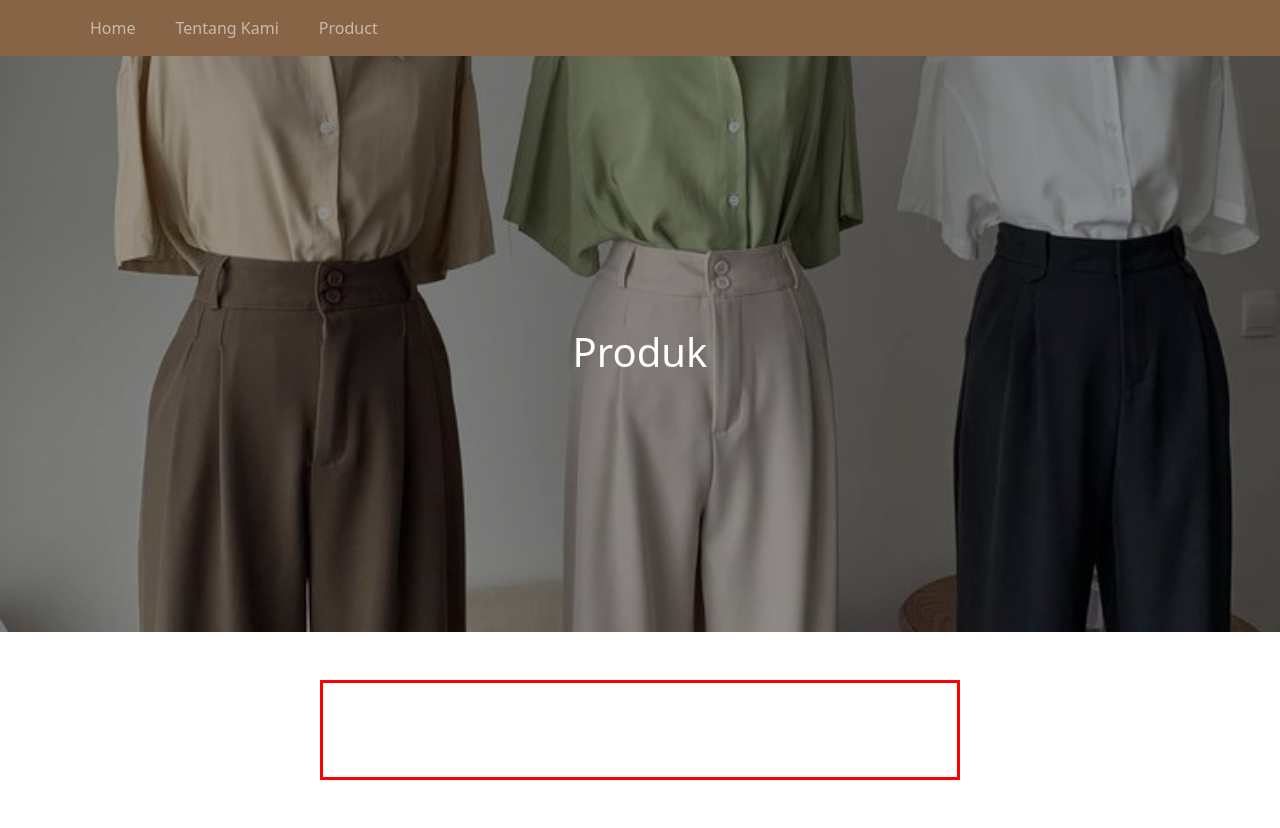
Repository: herman165/tugas_uas
Page: http://localhost/produk.php
An editor plug-in stored every save of this project. The page is shown before and after the next save, followed by the edit.
The browser window is 1280 px wide. The pictures show the whole page.
The page is run by PHP 8.4 with error messages shown; the project is at /var/www/html/.

Above is the page before, as saved 2024-12-11 03:17:05.

### produk.php

<!DOCTYPE html>
<html lang="en">
<head>
    <meta charset="UTF-8">
    <meta name="viewport" content="width=device-width, initial-scale=1.0">
    <title>Produk-Page</title>
    <link rel="stylesheet" href="bootstrap/css/bootstrap.min.css">
    <link rel="stylesheet" href="fontawesome/css/all.min.css">
    <link rel="stylesheet" href="css/style.css">
</head>
<body>
    <!-- navbar -->
    <?php require "navbar.php" ?>

    <!-- benner -->
     <div class="container-fluid banner d-flex align-items-center">
        <div class="container">
            <h1 class="mt-4 text-white text-center">Produk</h1>
        </div>
     </div>

    <!-- layout produk -->
        <div class="container-fluid py-5">
            <div class="row">
                <div class="col-md-3 mb-4" ></div>
                <div class="col-md-6" style="border: solid red; height: 100px"></div>
            </div>
        </div>


    <script src="bootstrap/js/bootstrap.bundle.min.js"></script>
    <script src="fontawesome/js/all.min.js"></script>
</body>
</html>

### navbar.php
<!DOCTYPE html>
<html lang="en">
<head>
    <meta charset="UTF-8">
    <meta name="viewport" content="width=device-width, initial-scale=1.0">
    <title>Responsive Navbar</title>
     <link rel="stylesheet" href="bootstrap/css/bootstrap.min.css">

<style>

        /* Khusus tampilan HP */
        @media (max-width: 480px) {
            .navbar {
                background: linear-gradient(to right, #6a11cb, #2575fc); /* Gradient ungu ke biru */
                box-shadow: 0 4px 6px rgba(0, 0, 0, 0.3); /* Bayangan */
                border-radius: 5px; /* Membuat sudut melengkung */
            }

            .navbar-dark .nav-link {
                color: #ffffff;
                background-color: rgba(255, 255, 255, 0.2); /* Transparan putih */
                margin: 5px;
                padding: 10px;
                border-radius: 5px; /* Melengkung */
                text-align: center;
                transition: background-color 0.3s ease, color 0.3s ease;
            }

            .navbar-dark .nav-link:hover {
                background-color: rgba(255, 255, 255, 0.4); /* Lebih terang saat hover */
                color: #ffcc00; /* Warna kuning keemasan */
            }

            /* Tombol toggler */
            .navbar-dark .navbar-toggler {
                border: none;
                background-color: #ffffff; /* Putih */
                padding: 5px;
                border-radius: 3px; /* Melengkung */
            }

            .navbar-dark .navbar-toggler-icon {
                background-color: #6a11cb; /* Ungu */
                border-radius: 2px;
                width: 25px;
                height: 3px;
            }
        }

</style>

</head>
<body>
    <nav class="navbar navbar-expand-lg navbar-dark warna1">
        <div class="container">
            <button class="navbar-toggler" type="button" data-bs-toggle="collapse" data-bs-target="#navbarSupportedContent" aria-controls="navbarSupportedContent" aria-expanded="false" aria-label="Toggle navigation">
                <span class="navbar-toggler-icon"></span>
            </button>
            <div class="collapse navbar-collapse" id="navbarSupportedContent">
                <ul class="navbar-nav me-auto mb-2 mb-lg-0">
                    <li class="nav-item me-4 ">
                        <a class="nav-link " href="index.php">Home</a>
                    </li>
                    <li class="nav-item me-4 ">
                        <a class="nav-link" href="tentang-kami.php">Tentang Kami</a>
                    </li>
                    <li class="nav-item me-4 ">
                        <a class="nav-link" href="produk.php">Product</a>
                    </li>
                </ul>
            </div>
        </div>
    </nav>

    <script src="bootstrap/js/bootstrap.bundle.min.js"></script>
</body>
</html>

### css/style.css
.warna1 {
    background-color: #876445;
}
.warna2 {
    background-color: #CA965C;
}
.warna3 {
    background-color: #EEC373;
}
.warna4 {
    background-color: #F4DFBA;
}
.banner {
    height: 80vh; /* Mengisi seluruh tinggi layar */
    background: linear-gradient(rgba(0, 0, 0, 0.4), rgba(0, 0, 0, 0.4)), url('../image/benner\ new.jpg');
    background-size: cover; /* Memastikan gambar menutupi seluruh elemen */
    background-position: center; /* Memusatkan gambar */
    background-repeat: no-repeat; /* Mencegah gambar diulang */
}



@media (max-width: 768px) {
    .banner {
        height: 30vh;
    }
}
.highlighted-kategori{
    height: 250px;

}
.no-decoration{
    text-decoration: none;
    color:white;
}
.no-decoration:hover {
    color: #EEC373;
}

.kategori-baju-pria {
  background: linear-gradient(rgba(0, 0, 0, 0.4), rgba(0, 0, 0, 0.4)), url('../image/baju\ pria.jpg');
  background-size: cover;
  background-position: center;
  background-repeat: no-repeat;
}
.kategori-baju-wanita {
  background: linear-gradient(rgba(0, 0, 0, 0.4), rgba(0, 0, 0, 0.4)), url('../image/baju\ wanita.jpg');
  background-size: cover;
  background-position: center;
  background-repeat: no-repeat;

}
.kategori-sepatu-pria {
  background: linear-gradient(rgba(0, 0, 0, 0.4), rgba(0, 0, 0, 0.4)), url('../image/Vans\ Old\ Skool\ Sneakers\ in\ Black_White\ _\ VN000D3HY28\ -\ Men\ 13_Wmn\ 14_5\ _\ Black.jpg');
  background-size: cover;
  background-position: center;
  background-repeat: no-repeat;
}
.kategori-jam-pria {
  background: linear-gradient(rgba(0, 0, 0, 0.4), rgba(0, 0, 0, 0.4)), url('../image/Kegllect\ Men\ Life\ Waterproof\ Quartz\ Watch\ Mens\ Large\ Dial\ Sport\ Wristwatch\ Jam\ Tangan\ Lelaki.jpg');
  background-size: cover;
  background-position: center;
  background-repeat: no-repeat;
}
.text-harga{
    font-size: 20px;
    color:#CA965C;
}
.image-box {
    height: 200px;
}
.image-box img{
    height: 100%;
    width: 100%;
    object-fit: cover;
    object-position: center;
}
.subscribe-content {
    background-color: rgba(0, 0, 0, 0.7);
}
.subscribe-content a {
    color: #fff
}
.bounce-icon {
    font-size: 50px;
    color: #fff;
    animation: wave 2s infinite;
}
@keyframes wave {
    0% {
        transform: translateX(0) translateY(0);
    }
    40% {
        transform: translateX(10px) translateY(-10px);
    }
    50% {
        transform: translateX(-10px) translateY(10px);
    }
    60% {
        transform: translateX(10px) translateY(10px);
    }
    80% {
        transform: translateX(-10px) translateY(-10px);
    }
    100% {
        transform: translateX(0) translateY(0);
    }
}

Loaded but not shown: bootstrap/css/bootstrap.min.css (library); fontawesome/css/all.min.css (library); bootstrap/js/bootstrap.bundle.min.js (library)

After the next save:
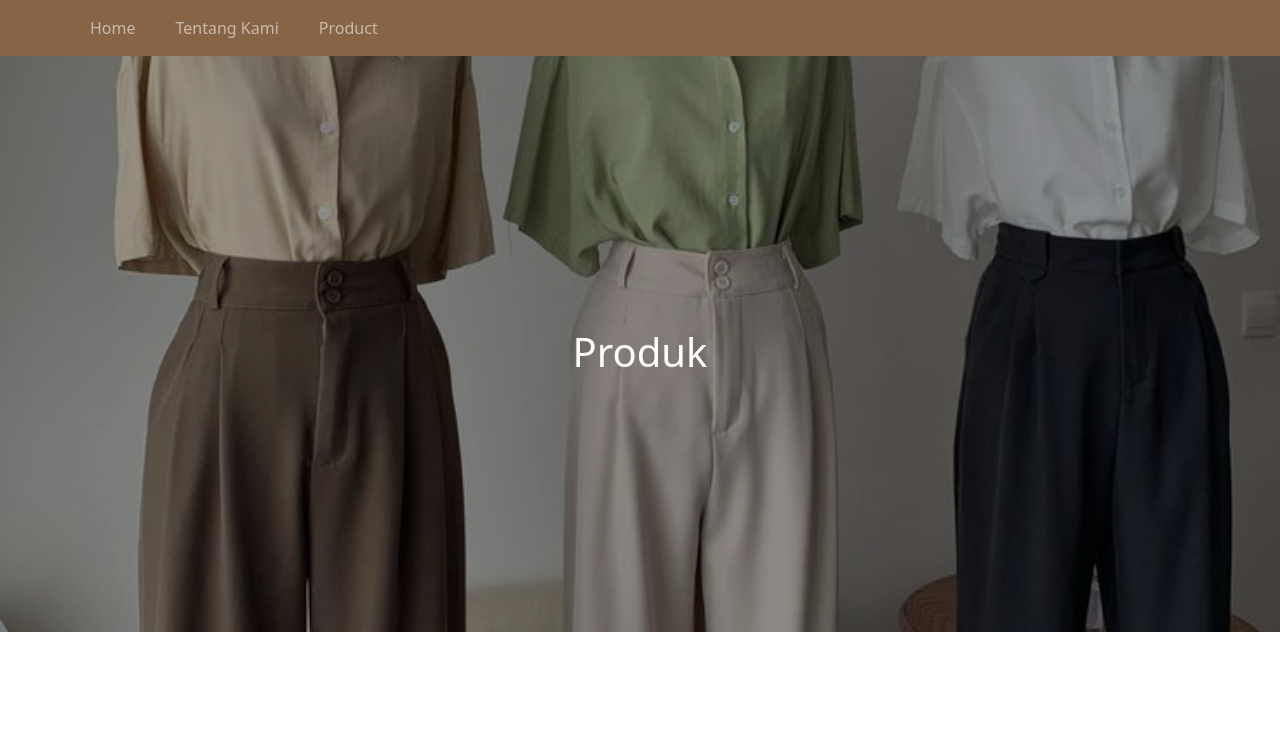
Saved 5 s later.
--- a/produk.php
+++ b/produk.php
@@ -24,7 +24,7 @@
         <div class="container-fluid py-5">
             <div class="row">
                 <div class="col-md-3 mb-4" ></div>
-                <div class="col-md-6" style="border: solid red; height: 100px"></div>
+                <div class="col-md-6"></div>
             </div>
         </div>
 
